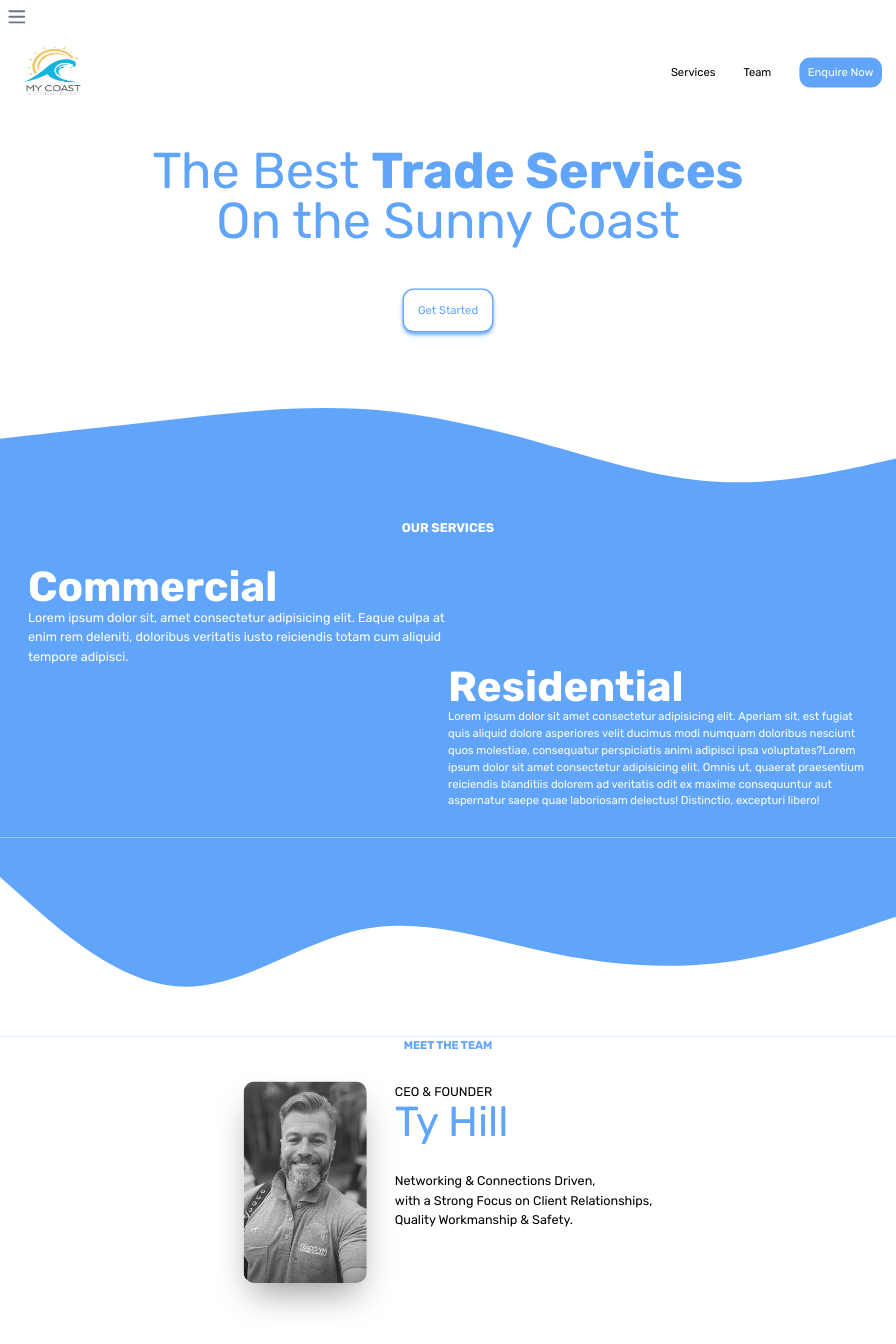
Repository: Jace-Kington/mce-website
Page: /
An editor plug-in stored every save of this project. The page is shown before and after the next save, followed by the edit.
The browser window is 1280 px wide. The pictures show the part of the page from y = 0 to 1920 px (the page is 2927 px tall before and 2879 px after), at 70% of full size.
The project was rebuilt for these pictures with package versions that can differ from the ones it lists, and the page was loaded fresh each time. The framework's server and built-in components were replaced by stand-ins that run in the browser. Also part of the build but not shown: next.config.js.

Above is the page before, as saved 2022-11-12 14:03:28.

### pages/index.js

import Navbar from '../components/Navbar'
import Services from '../components/Services'
import MeetUs from '../components/Meet-us'
import ContactUs from '../components/ContactUs'
import Footer from '../components/Footer'

export default function Home() {
  return (
    <div>
      <head>
        <link rel="preconnect" href="https://fonts.googleapis.com"/>
        <link rel="preconnect" href="https://fonts.gstatic.com" crossorigin/>
        <link href="https://fonts.googleapis.com/css2?family=Rubik:ital,wght@0,400;0,500;0,700;0,900;1,800;1,900&display=swap" rel="stylesheet"/>
        <meta charset="UTF-8"/>
        <meta name="viewport" content="width=device-width, initial-scale=1.0, user-scalable=0"/>
        <title>My Coat Electrical</title>
      </head>
      <Navbar/>
      <Services/>
      <MeetUs/>
      <ContactUs/>
      <Footer/>
    </div>
  )
}

### styles/globals.css
@tailwind base;
@tailwind components;
@tailwind utilities;

* {
  font-family: 'Rubik';
}

### components/Navbar.jsx
import React from 'react'
import Image from 'next/image'
import image_2 from '../assets/logo-1.png'
import HamburgerMenu from './Hamburger'
import Link from 'next/link'

const Navbar = () => {
  return (
    <div className=''>
      <div>
      <HamburgerMenu className = ''/>

      </div>

      <div className='md:flex hidden justify-between items-center ml-5 mr-5'>
        <Image alt = "" src={image_2} className='rounded-full p-2 h-28 w-28' />
        <div className='flex gap-10 items-center'>
          <a className='hover:text-blue-400 transition ease-in' href='#services-section'>
            Services
          </a>

          <a className='hover:text-blue-400 transition ease-in ' href="#meet-us">
            Team
          </a>

          <div className=''>
            <a className='bg-blue-400 hover:bg-blue-500 transition ease-in rounded-2xl p-3' href="#contact-us">
              <span className='text-white'>Enquire Now</span>
            </a>
          </div>

        </div>
      </div>

      <div className='text-center text-blue-400 mt-12'>
        <div className='text-7xl'>
          The Best <strong>Trade Services</strong>
        </div>
        <div className='text-7xl'>
          On the Sunny Coast
        </div>

        <div className='outline-rounded mt-20 bg-white'>
          <a  style = {{'border-width': '2px', 'border-color': '#60a5fa'}} className='rounded-2xl hover:bg-blue-400 hover:text-white transition shadow-md shadow-blue-400 hover:shadow-lg hover:shadow-blue-400 p-5' href="#contact-us">
            Get Started
          </a>
        </div>
      </div>

      <svg xmlns="http://www.w3.org/2000/svg" viewBox="0 0 1440 320"><path fill="#60a5fa" fill-opacity="1" d="M0,192L48,186.7C96,181,192,171,288,160C384,149,480,139,576,144C672,149,768,171,864,197.3C960,224,1056,256,1152,261.3C1248,267,1344,245,1392,234.7L1440,224L1440,320L1392,320C1344,320,1248,320,1152,320C1056,320,960,320,864,320C768,320,672,320,576,320C480,320,384,320,288,320C192,320,96,320,48,320L0,320Z"></path></svg>
    </div>
  )
}

export default Navbar

### components/Services.tsx
import React from 'react'

const Services = () => {
  return (
    <div id = 'services-section' className = 'bg-blue-400'>
        <div className = 'text-white text-center font-semibold text-lg uppercase underline-offset-1'>Our Services</div>
        <div className = 'grid grid-cols-2 m-10'>
            <div className = ''>
                <div className = 'text-white text-6xl font-bold'>Commercial</div>
                <div className = 'text-white text-lg'>Lorem ipsum dolor sit, amet consectetur adipisicing elit. Eaque culpa at enim rem deleniti, doloribus veritatis iusto reiciendis totam cum aliquid tempore adipisci. </div>
            </div>
            <div className = ''>

            </div>
            <div>

            </div>
            <div>
                <div className = 'text-white text-6xl font-bold'>Residential</div>
                <div className = 'text-white'>Lorem ipsum dolor sit amet consectetur adipisicing elit. Aperiam sit, est fugiat quis aliquid dolore asperiores velit ducimus modi numquam doloribus nesciunt quos molestiae, consequatur perspiciatis animi adipisci ipsa voluptates?Lorem ipsum dolor sit amet consectetur adipisicing elit. Omnis ut, quaerat praesentium reiciendis blanditiis dolorem ad veritatis odit ex maxime consequuntur aut aspernatur saepe quae laboriosam delectus! Distinctio, excepturi libero!</div>
            </div>
        </div>
        <svg className = 'bg-white' xmlns="http://www.w3.org/2000/svg" viewBox="0 0 1440 320">
        <path fill="#60a5fa" fill-opacity="1" d="M0,64L48,106.7C96,149,192,235,288,240C384,245,480,171,576,149.3C672,128,768,160,864,181.3C960,203,1056,213,1152,202.7C1248,192,1344,160,1392,144L1440,128L1440,0L1392,0C1344,0,1248,0,1152,0C1056,0,960,0,864,0C768,0,672,0,576,0C480,0,384,0,288,0C192,0,96,0,48,0L0,0Z"></path>
        </svg>
    </div>
  )
}

export default Services

### components/Meet-us.tsx
import React from 'react'
import Image from 'next/image'
import image_2 from '../assets/ty-photo.png'


const MeetUs = () => {
  return (
    <div id = "meet-us" className = 'max-w-[100%]'>
        <div className = 'text-blue-400 uppercase font-semibold text-center'>Meet the Team</div>

        <div className = 'justify-center flex gap-10 m-10'>
            <div>
              <Image alt = "" className = 'rounded-2xl shadow-2xl shadow-blue-400 grayscale h-72 w-44' src = {image_2}/>
            </div>
            <div>
                <div className = 'uppercase text-lg'>CEO & Founder</div>
                <div className = 'text-6xl text-blue-400 pb-10'>Ty Hill</div>
                <div className = 'text-lg'>
                  <div className = ''>Networking & Connections Driven, </div>
                  <div>with a Strong Focus on Client Relationships,</div>
                  <div>Quality Workmanship & Safety.</div>
                </div>

            </div>
        </div>

        <svg xmlns="http://www.w3.org/2000/svg" viewBox="0 0 1440 320"><path fill="#60a5fa" fill-opacity="1" d="M0,288L48,256C96,224,192,160,288,149.3C384,139,480,181,576,170.7C672,160,768,96,864,112C960,128,1056,224,1152,266.7C1248,309,1344,299,1392,293.3L1440,288L1440,320L1392,320C1344,320,1248,320,1152,320C1056,320,960,320,864,320C768,320,672,320,576,320C480,320,384,320,288,320C192,320,96,320,48,320L0,320Z"></path></svg>
    </div>
  )
}

export default MeetUs

### components/ContactUs.jsx
import React, { useRef } from 'react'
import emailjs from '@emailjs/browser'
import { ToastContainer, toast } from 'react-toastify'
import 'react-toastify/dist/ReactToastify.css'

const ContactUs = () => {
  const toast_success = () => { toast('Email Sent!'); }
  const toast_fail = () => { toast('Error'); }

  const form = useRef();

  const sendEmail = (e) => {
    e.preventDefault();

    emailjs.sendForm('service_16oy9kb', 'template_p83nfjr', form.current, '7jHtCbxop4BW2nz9r')
      .then((result) => {
          console.log(result.text);
          toast_success();
      }, (error) => {
          console.log(error.text);
          toast_fail();
      });
  };

  return (
    <div id = "contact-us" className = 'bg-blue-400'>
        <div className = 'flex'>
          <div className = 'text-white uppercase font-semibold p-20 text-8xl'>
              <div>We&apos;ll</div>
              <div>Be In</div>
              <div>Touch</div>
          </div>
          <form ref = {form} onSubmit = {sendEmail} className = 'pt-20'>
            <div className = 'flex gap-20 '>
              <div className = 'flex flex-col gap-10'>
                <div>
                  <label className = 'text-white' for="fname">First name:</label>
                  <input className = 'rounded-lg p-2 outline-1 outline-white w-full' type="text" id="fname" name="fname"/>
                </div>
                <div>
                  <label className = 'text-white' for="lname">Last name:</label>
                  <input className = 'rounded-lg p-2 outline-1 outline-white w-full' type="text" id="lname" name="lname"/>
                </div>
              </div>
              <div>
              <div className = 'flex flex-col gap-10'>
                <div>
                  <label className = 'text-white' for="phonenumber">Phone Number:</label>
                  <input className = 'rounded-lg p-2 outline-1 outline-white w-full' type="text" id="phonenumber" name="phonenumber"/>
                </div>
                <div>
                  <label className = 'text-white' for="email">Email:</label>
                  <input className = 'rounded-lg p-2 outline-1 outline-white w-full' type="text" id="email" name="email"/>
                </div>
              </div>
              </div>
            </div>

            <div>
              <button style = {{'border-width': '3px', 'border-color': 'white'}} className = 'text-center w-full p-3 rounded-2xl font-semibold hover:text-blue-400 text-white transition ease-in bg-blue-400 hover:bg-white mt-14'>Send</button>
              <ToastContainer
  position="top-right"
  autoClose={5000}
  hideProgressBar={true}
  newestOnTop={false}
  closeOnClick
  rtl={false}
  pauseOnFocusLoss
  draggable
  pauseOnHover
  toastStyle = {{'background-color': 'rgb(34 197 94)', 'color': 'white', 'border-radius': '1rem', 'padding': '15px'}}
  />
            </div>
          </form>
        </div>
      </div>
  )
}

export default ContactUs

### components/Footer.tsx
import React from 'react'
import image_2 from '../assets/logo-1.png'
import Image from 'next/image'

const Footer = () => {
  return (
    <div className = 'border-t-2 border-gray pb-4 bg-blue-400'>
        <div className = 'flex justify-between text-white p-20'>
            <div className = ''>
                <div className = 'flex items-center gap-5'>
                <Image alt = "" src= {image_2} className = 'items-start rounded-full p-2 h-28 w-28'/>

                <div className = 'flex gap-10 text-white'>
                    <svg fill="#fff" xmlns="http://www.w3.org/2000/svg"  viewBox="0 0 16 16" width="32px" height="32px"><path d="M 15 3.296875 C 14.476563 3.523438 13.949219 3.691406 13.367188 3.746094 C 13.949219 3.410156 14.417969 2.84375 14.648438 2.226563 C 14.066406 2.5625 13.484375 2.789063 12.84375 2.902344 C 12.257813 2.339844 11.5 2 10.683594 2 C 9.109375 2 7.824219 3.242188 7.824219 4.765625 C 7.824219 4.988281 7.824219 5.214844 7.882813 5.386719 C 4.875 5.386719 2.8125 3.691406 1.414063 2 C 1.121094 2.394531 1.003906 2.902344 1.003906 3.410156 C 1.003906 4.367188 1.53125 5.214844 2.289063 5.722656 C 1.820313 5.667969 1.355469 5.554688 1.003906 5.386719 C 1.003906 5.386719 1.003906 5.386719 1.003906 5.441406 C 1.003906 6.796875 1.996094 7.921875 3.28125 8.148438 C 3.046875 8.203125 2.8125 8.261719 2.519531 8.261719 C 2.347656 8.261719 2.171875 8.261719 1.996094 8.207031 C 2.347656 9.335938 3.976563 10.632813 5.257813 10.632813 C 4.265625 11.363281 3.34375 12 1.5 12 C 1.265625 12 1.453125 12 1 12 C 2.28125 12.789063 3.800781 13 5.375 13 C 10.683594 13 13.542969 8.769531 13.542969 5.101563 C 13.542969 4.988281 13.542969 4.878906 13.542969 4.765625 C 14.125 4.367188 14.59375 3.863281 15 3.296875"/></svg>
                    <svg fill="#fff" xmlns="http://www.w3.org/2000/svg"  viewBox="0 0 16 16" width="32px" height="32px"><path d="M 4.773438 1 C 2.695313 1 1 2.695313 1 4.773438 L 1 10.230469 C 1 12.304688 2.695313 14 4.773438 14 L 10.230469 14 C 12.304688 14 14 12.304688 14 10.226563 L 14 4.773438 C 14 2.695313 12.304688 1 10.226563 1 Z M 4.773438 2 L 10.226563 2 C 11.765625 2 13 3.234375 13 4.773438 L 13 10.226563 C 13 11.765625 11.765625 13 10.230469 13 L 4.773438 13 C 3.234375 13 2 11.765625 2 10.230469 L 2 4.773438 C 2 3.234375 3.234375 2 4.773438 2 Z M 11.5 3 C 11.222656 3 11 3.222656 11 3.5 C 11 3.777344 11.222656 4 11.5 4 C 11.777344 4 12 3.777344 12 3.5 C 12 3.222656 11.777344 3 11.5 3 Z M 7.5 4 C 5.574219 4 4 5.574219 4 7.5 C 4 9.425781 5.574219 11 7.5 11 C 9.425781 11 11 9.425781 11 7.5 C 11 5.574219 9.425781 4 7.5 4 Z M 7.5 5 C 8.886719 5 10 6.113281 10 7.5 C 10 8.886719 8.886719 10 7.5 10 C 6.113281 10 5 8.886719 5 7.5 C 5 6.113281 6.113281 5 7.5 5 Z"/></svg>
                    <svg fill="#fff" xmlns="http://www.w3.org/2000/svg"  viewBox="0 0 16 16" width="32px" height="32px"><path d="M 3.5 1 C 2.1250151 1 1 2.1250151 1 3.5 L 1 11.5 C 1 12.874985 2.1250151 14 3.5 14 L 11.5 14 C 12.874985 14 14 12.874985 14 11.5 L 14 3.5 C 14 2.1250151 12.874985 1 11.5 1 L 3.5 1 z M 3.5 2 L 11.5 2 C 12.335015 2 13 2.6649849 13 3.5 L 13 11.5 C 13 12.335015 12.335015 13 11.5 13 L 9.9042969 13 L 9.9042969 8.9667969 L 11.300781 8.9667969 L 11.509766 7.3574219 L 9.9042969 7.3574219 L 9.9042969 6.3320312 C 9.9042969 5.8660312 10.034031 5.5488281 10.707031 5.5488281 L 11.566406 5.5488281 L 11.566406 4.109375 C 11.417406 4.089375 10.907453 4.046875 10.314453 4.046875 C 9.0764531 4.046875 8.2304688 4.795875 8.2304688 6.171875 L 8.2304688 7.3574219 L 7 7.3535156 L 7 8.9628906 L 8.2304688 8.9667969 L 8.2304688 13 L 3.5 13 C 2.6649849 13 2 12.335015 2 11.5 L 2 3.5 C 2 2.6649849 2.6649849 2 3.5 2 z"/></svg>
                </div>
                </div>


                <div className = ''>
                    <div>fjf</div>
                </div>
            </div>

            <div className='flex gap-20'>
                <div className = ''>
                    <div className = 'text-lg font-bold pb-5'>
                        Contact Us
                    </div>
                    <div>
                        Address
                    </div>
                    <div>
                        Phone number
                    </div>
                    <div>
                        Email
                    </div>
                </div>

                <div>
                    <div className = 'text-lg font-bold pb-5'>
                        Pages
                    </div>

                    <div>
                        Home
                    </div>
                    <div>
                        Services
                    </div>
                    <div>
                        Team
                    </div>
                    <div>
                        Contact Us
                    </div>
                </div>
            </div>
        </div>
    </div>
  )
}

export default Footer

### components/Hamburger.jsx
import Link from 'next/link'
import { slide as Menu } from 'react-burger-menu'

const HamburgerMenu = () => (<div className='relative p-2'>
    <Menu customBurgerIcon={<HamburgerIcon />} width={'auto'} className='left-0 top-12' >
        <Links />
    </Menu>
</div>)

const HamburgerIcon = () => (<div className='p-1/2'><svg className="w-8 h-8 text-gray-500" fill="none" strokeLinecap="round" strokeLinejoin="round" strokeWidth="2" viewBox="0 0 24 24" stroke="currentColor"><path d="M4 6h16M4 12h16M4 18h16"></path></svg></div>)

export const Links = () => (<>
    <Link href="/">Home</Link>
    <Link href="/about">About</Link>
</>)

export default HamburgerMenu

Loaded but not shown: pages/_app.js (common file); tailwind.config.js (common file)

After the next save:
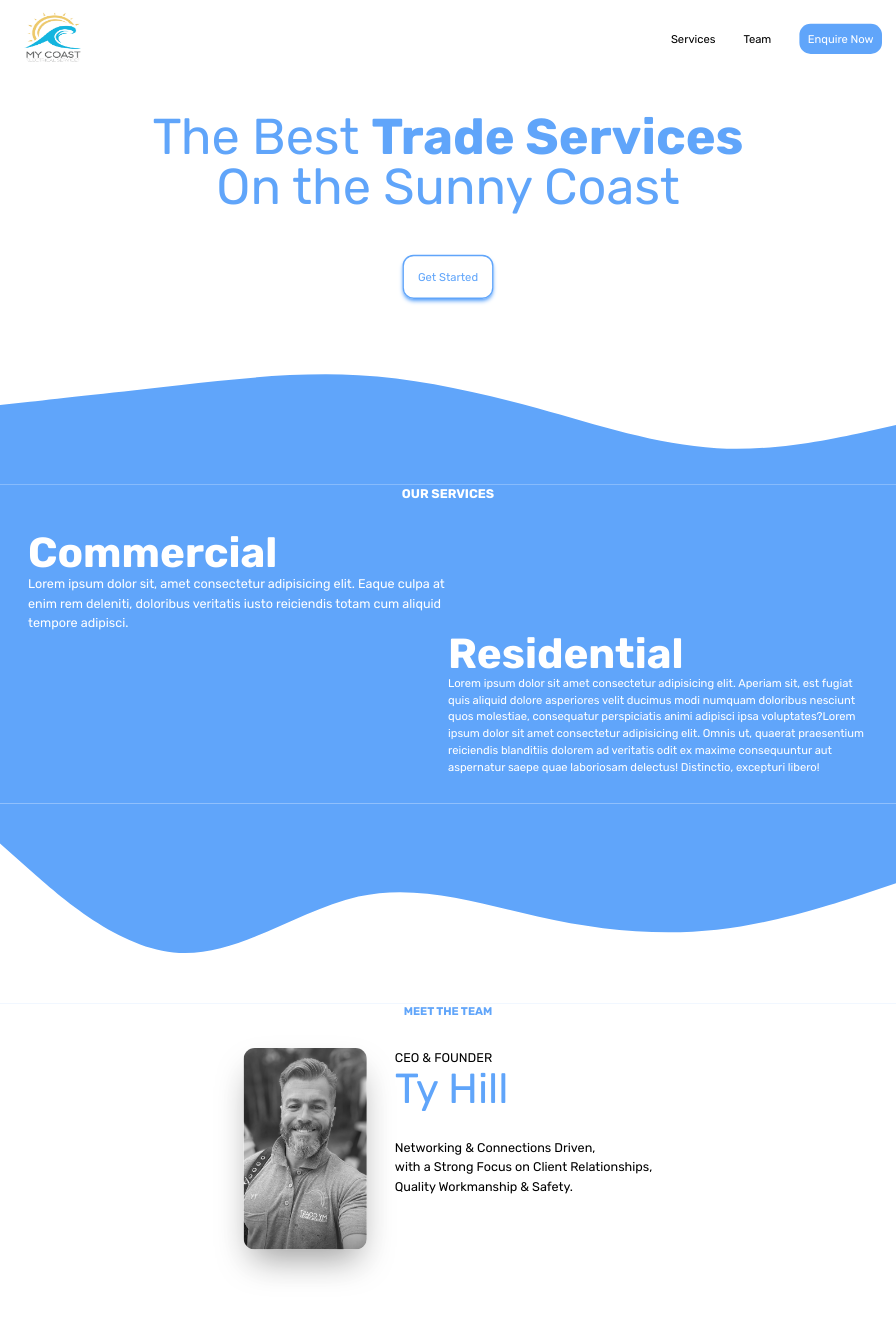
Saved 21 s later.
--- a/components/Navbar.jsx
+++ b/components/Navbar.jsx
@@ -7,9 +7,8 @@ import Link from 'next/link'
 const Navbar = () => {
   return (
     <div className=''>
-      <div>
-      <HamburgerMenu className = ''/>
-
+      <div className='flex md:hidden'>
+        <HamburgerMenu className = ''/>
       </div>
 
       <div className='md:flex hidden justify-between items-center ml-5 mr-5'>
